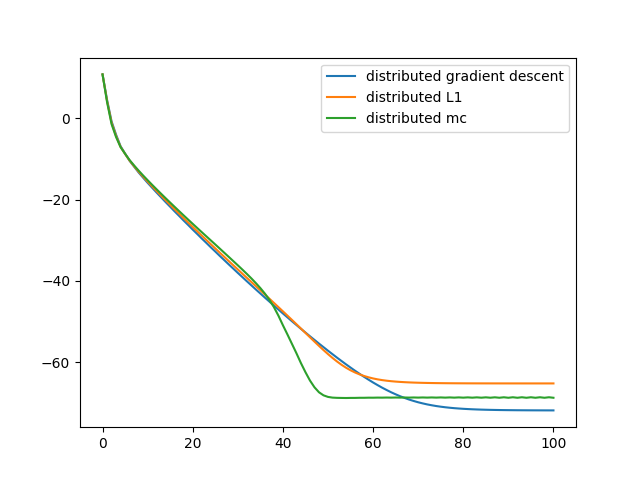
Repository: komuro-zero/distributed-optimization
Script's output: python main_wj_noisyd.py
These files come from the project's save history. The script's output is drawn as it stood at one moment and after the next save; the edit follows.
Random numbers start from a fixed seed.

Above is the script's output before, as saved 2019-09-24 14:12:10.

After the next save:
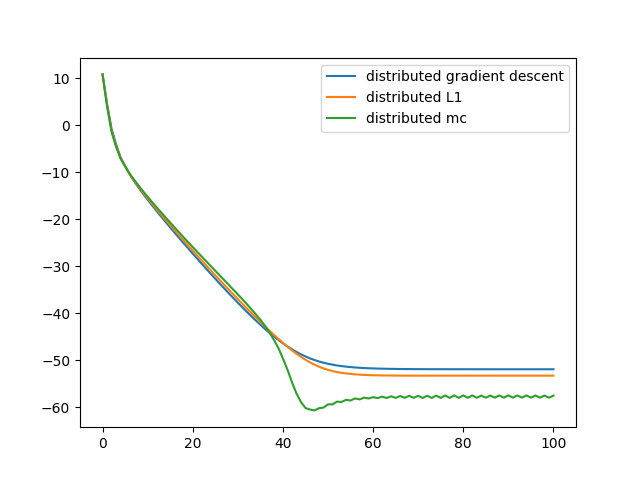
Saved 16 s later.
--- a/main_wj_noisyd.py
+++ b/main_wj_noisyd.py
@@ -30,7 +30,7 @@ class distributed_updates(functions):
         w_star = self.w_star_weakly_sparse(self.N,self.sparsity_percentage)
         print(w_star)
         U_all = randn(self.m,self.N)
-        w_star_noise = w_star+randn(self.N,1)/10000
+        w_star_noise = w_star+randn(self.N,1)/1000
         d_all = np.dot(U_all,w_star_noise)
         L2 = np.dot(w_star.T,w_star)
 
